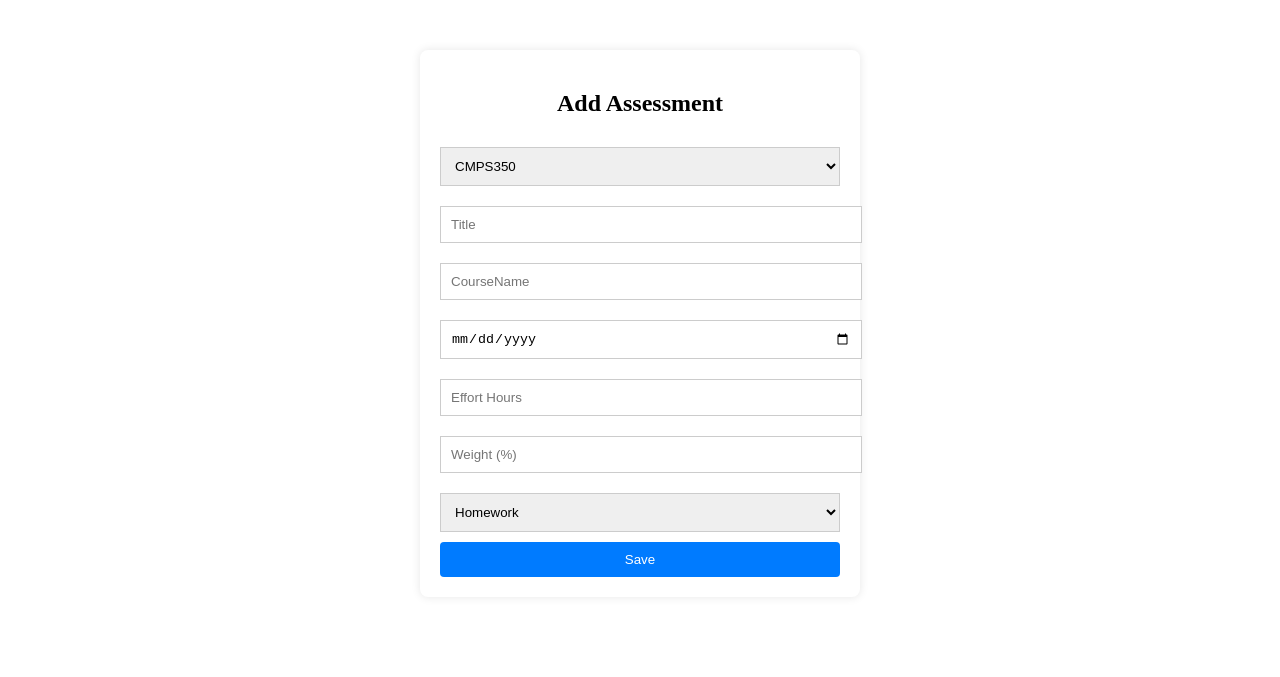
Repository: zunairahamid/Mizan-App
Page: cmps350group7-main/mizan_app/add_assessments/index.html
An editor plug-in stored every save of this project. The page is shown before and after the next save, followed by the edit.
The browser window is 1280 px wide. The pictures show the whole page.

Above is the page before, as saved 2025-03-28 02:09:24.

### cmps350group7-main/mizan_app/add_assessments/index.html
<!DOCTYPE html>
<html lang="en">
    <head>
        <meta charset="UTF-8">
        <meta name="viewport" content="width=device-width, initial-scale=1.0">
        <title>Add Assessment - Mizan</title>
        <link rel="stylesheet" href="styles.css">
    </head>
    <body>
<div class="assessment-form">
    <h2>Add Assessment</h2>
    <form id="assessment-form">
        <select id="course" required></select>
        <input type="text" id="title" placeholder="Title" required>
        <input type="text" id="coursename" placeholder="CourseName" required>
        <input type="date" id="due-date" required>
        <input type="number" id="effort-hours" placeholder="Effort Hours" required>
        <input type="number" id="weight" placeholder="Weight (%)" required>
        <select id="type" required>
            <option value="Homework">Homework</option>
            <option value="Quiz">Quiz</option>
            <option value="Midterm">Midterm</option>
            <option value="Final Exam">Final Exam</option>
            <option value="Project">Project</option>
        </select>
        <button type="submit">Save</button>
    </form>
</div>
<script src="script.js"></script>
    </body>
</html>

### cmps350group7-main/mizan_app/add_assessments/styles.css
.assessment-form{
    max-width:400px;
    margin:50px auto;
    padding:20px;
    background:white;
    border-radius:8px;
    box-shadow:0 0 10px rgba(0,0,0,0.1);
}
.assessment-form h2{
    text-align:center;
    margin-bottom:20px;
}
.assessment-form input,
.assessment-form select{
    width:100%;
    padding:10px;
    margin:10px 0;
    border:1px solid #ccc;
}
.assessment-form button{
    width:100%;
    padding: 10px;
    background-color:#007bff;
    color:white;
    border:none;
    border-radius:4px;
    cursor:pointer;
}
.assessment-form button:hover{
    background-color:#0056b3;
}

### cmps350group7-main/mizan_app/add_assessments/script.js
document.addEventListener("DOMContentLoaded", async function() {
    try {
        const response = await fetch("../../mizan-data/courses.json" );

        if (!response.ok) {
            throw new Error(`Failed to fetch data: ${response.status}`);
        }

        const courses = await response.json();

        if (!Array.isArray(courses)) {
            throw new Error("Invalid data format: expected array");
        }
        displayCourseOption(courses);
        function displayCourseOption(courses){
            const courseSelect = document.getElementById("course");



            courses.forEach(course => {
                const option = document.createElement("option");
                option.value = course;
                option.textContent = course.coursecode;
                courseSelect.appendChild(option);
            });
        }
    } catch (error) {
        console.error("Error:", error);
        displayErrorMessage("Failed to load assessments. Please try again later.");
    }
});

### cmps350group7-main/mizan_app/mizan-data/courses.json
[
    {
        "coursecode":"CMPS350",
        "coursename":"Web Application Development",
        "program":"CS"

    },
    {
        "coursecode":"CMPS185",
        "coursename":"Introduction To Cybersecurity",
        "program":"CS"

    },
    {
        "coursecode":"CMPS380",
        "coursename":"Fundamentals Of Cybersecurity",
        "program":"CS"
    },
    {
        "coursecode":"CMPS385",
        "coursename":"Computer Security",
        "program":"CS"
    },
    {
        "coursecode":"CMPS151",
        "coursename":"Programming Concepts",
        "program":"CS"
    },
    {
        "coursecode":"CMPS251",
        "coursename":"Object Oriented Programming",
        "program":"CS"
    },
    {
        "coursecode":"CMPS303",
        "coursename":"Data Structures",
        "program":"CS"
    },
    {
        "coursecode":"CMPS205",
        "coursename":"Discrete Structures",
        "program":"CS"
    },
    {
        "coursecode":"CMPS351",
        "coursename":"Fundamentals Of Database",
        "program":"CS"
    },
    {
        "coursecode":"CMPS200",
        "coursename":"Computer Ethics",
        "program":"CS"
    },
    {
        "coursecode":"CMPS323",
        "coursename":"Design And Analysis Of Algorithm",
        "program":"CS"
    },
    {
        "coursecode":"CMPE263",
        "coursename":"Computer Architecture And Organization",
        "program":"CE"
    },
    {
        "coursecode":"CMPS405",
        "coursename":"Operating Systems",
        "program":"CS"
    },
    {
        "coursecode":"CMPS312",
        "coursename":"Mobile Application Development",
        "program":"CS"
    },
    {
        "coursecode":"CMPS360",
        "coursename":"Data Science Fundamentals",
        "program":"CS"
    },
    {
        "coursecode":"CMPS307",
        "coursename":"Indroduction To Project Management And Entrepreneurship",
        "program":"CS"
    },
    {
        "coursecode":"CMPS310",
        "coursename":"Software Engineering",
        "program":"CS"
    },
    {
        "coursecode":"CMPE355",
        "coursename":"Data Communication And Computer Networks",
        "program":"CE"
    }
]

After the next save:
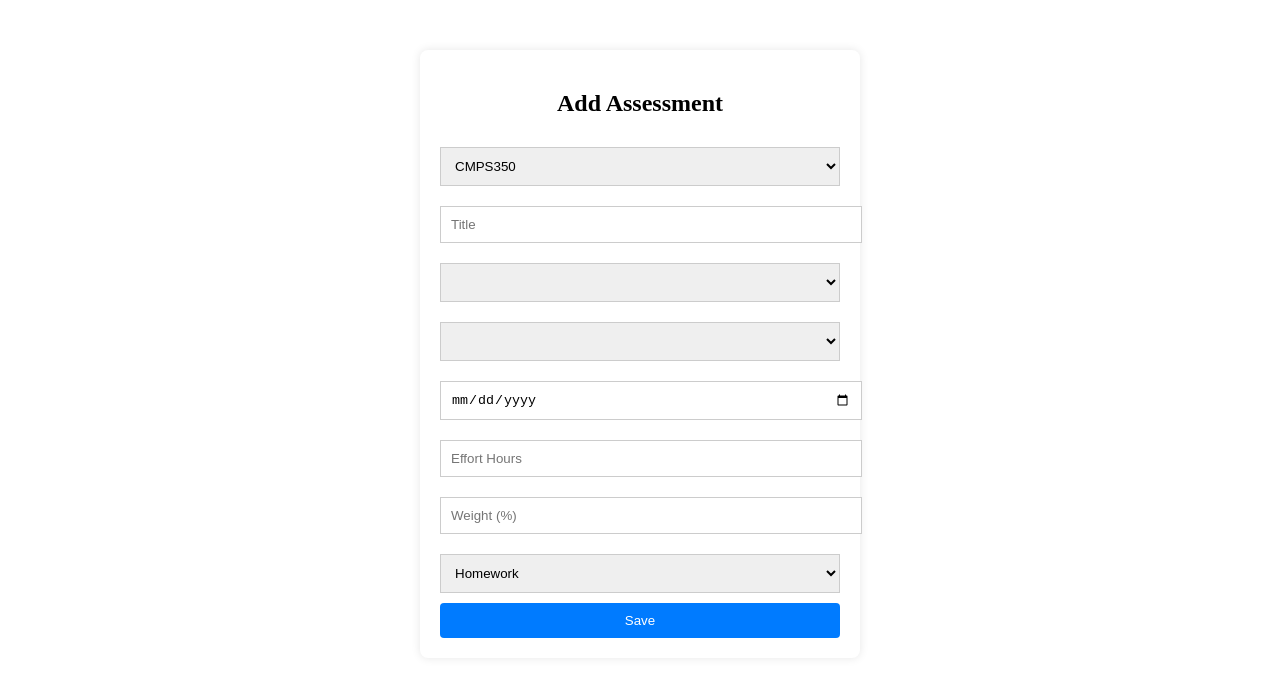
Saved 3 min 55 s later.
--- a/cmps350group7-main/mizan_app/add_assessments/index.html
+++ b/cmps350group7-main/mizan_app/add_assessments/index.html
@@ -12,7 +12,8 @@
     <form id="assessment-form">
         <select id="course" required></select>
         <input type="text" id="title" placeholder="Title" required>
-        <input type="text" id="coursename" placeholder="CourseName" required>
+        <select id="coursename" required></select>
+        <select id="program" required></select>
         <input type="date" id="due-date" required>
         <input type="number" id="effort-hours" placeholder="Effort Hours" required>
         <input type="number" id="weight" placeholder="Weight (%)" required>
